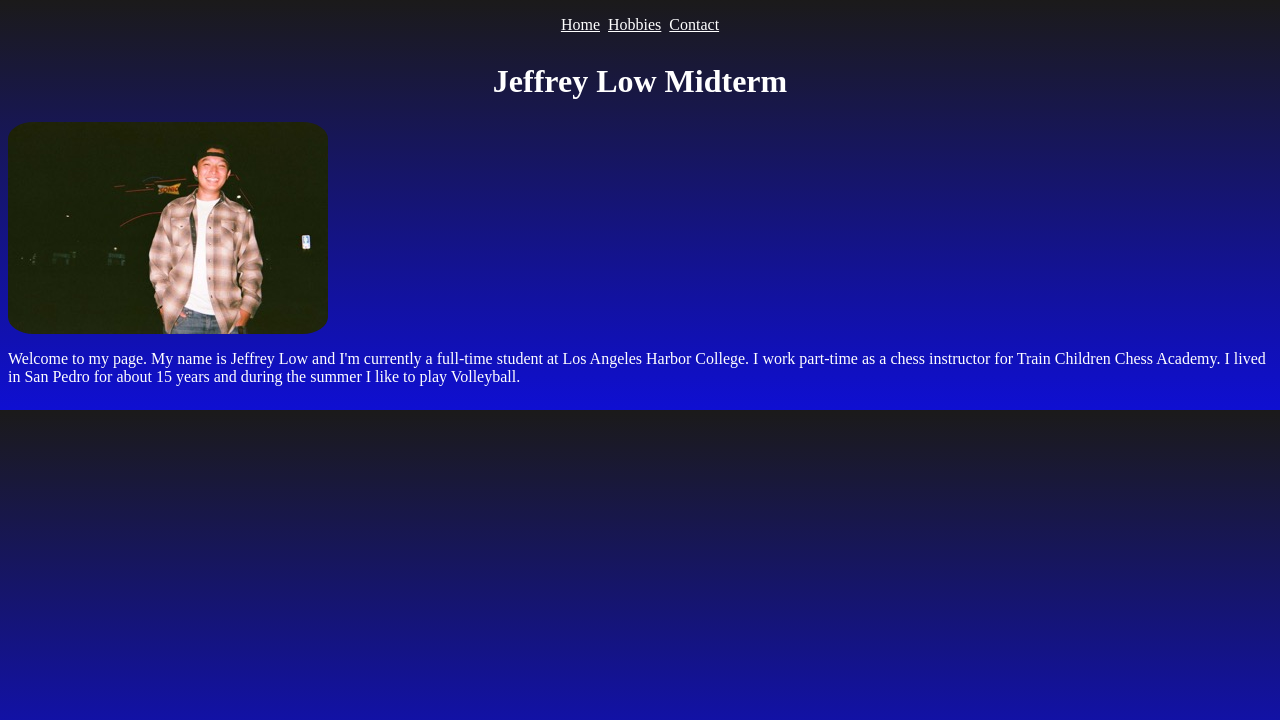
Repository: sebas6292/Jeff-Midterm
Page: home.html
An editor plug-in stored every save of this project. The page is shown before and after the next save, followed by the edit.
The browser window is 1280 px wide. The pictures show the whole page.

Above is the page before, as saved 2023-04-30 23:42:32.

### home.html
<!DOCTYPE html>
<html lang="en">
  <head>
    <title>Home</title>
    <meta charset="UTF-8" />
    <meta name="viewport" content="width=device-width" />
    <link rel="stylesheet" href="styles.css" />
  </head>
  <body>
    <nav>
      <a href="/home.html">Home</a>
      <a href="/hobby.html">Hobbies</a>
      <a href="/contact.html">Contact</a>
    </nav>
    <main>
      <h1>Jeffrey Low Midterm</h1>
      <!-- <section class="home-summary">
        <div>
        <img src="pics/Swag.jpeg">
        <h2>Welcome to my page. My name is Jeffrey Low and I'm currently a full-time student at Los Angeles Harbor College. I work part-time as a chess instructor for Train Children Chess Academy. I lived in San Pedro for about 15 years and during the summer I like to play Volleyball. </h2>
    </div>
      </section> -->

      <section class="contact-info" >
        <div>
            <img src="pics/Swag.jpeg"/>
            <p>Welcome to my page. My name is Jeffrey Low and I'm currently a full-time student at Los Angeles Harbor College. I work part-time as a chess instructor for Train Children Chess Academy. I lived in San Pedro for about 15 years and during the summer I like to play Volleyball. </p>
        </div>
      </section>
    </main>
  </body>
</html>

### styles.css
body {
  background: linear-gradient(rgb(27, 26, 26), rgb(15, 15, 210));
}

nav {
  display: flex;
  flex-wrap: wrap;
  align-items: center;
  justify-content: center;
  padding: 0.5rem;
  gap: 0.5rem;
}
nav, a, h1, p{
  color: white
}

.title {
  display: flex;
  justify-content: center;
}

/* .home-summary {
  display: flex;
  justify-content: center;
} */

/* hobbies */
.container {
  display: flex;
  flex-wrap: wrap;
  justify-content: center ;
}
.box-container {
  padding: 1rem;
}
.img-hobbies {
  border-radius: 10%;
}

h1, .contact-info, img {
  display: flex;
  justify-content: center;
  border-radius: 8%;
}

After the next save:
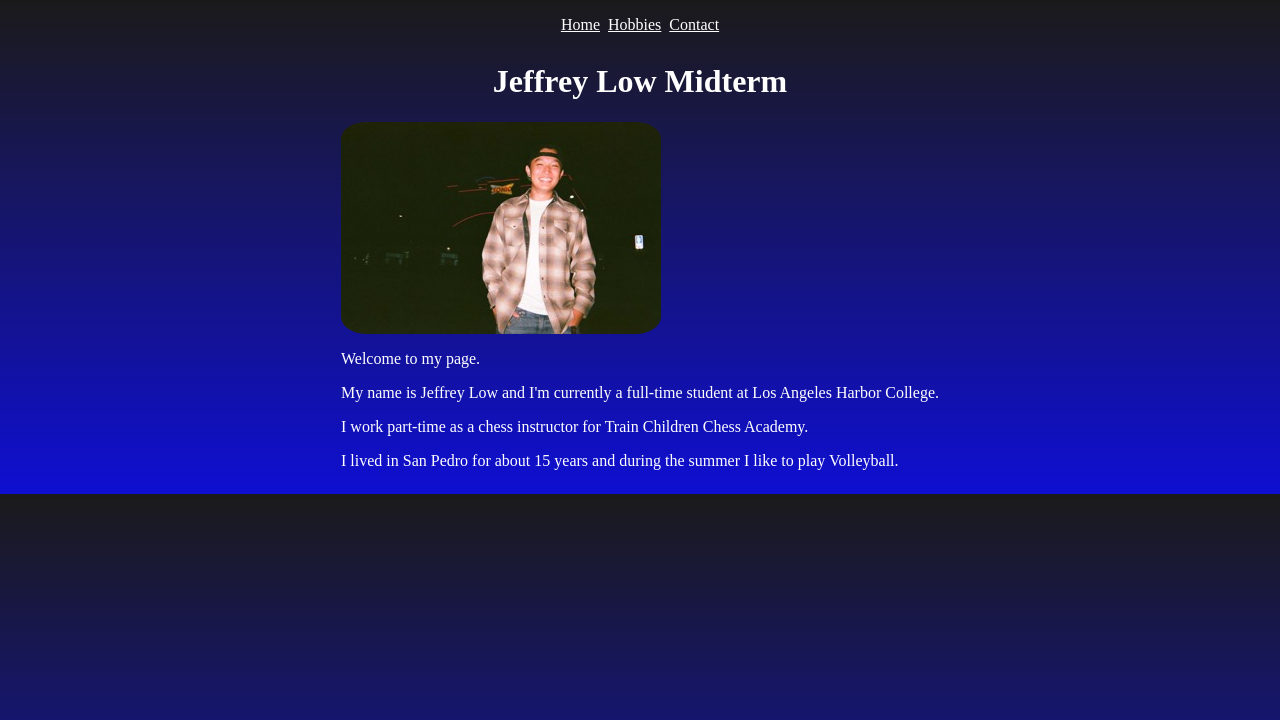
Saved 74 s later.
--- a/home.html
+++ b/home.html
@@ -24,7 +24,11 @@
       <section class="contact-info" >
         <div>
             <img src="pics/Swag.jpeg"/>
-            <p>Welcome to my page. My name is Jeffrey Low and I'm currently a full-time student at Los Angeles Harbor College. I work part-time as a chess instructor for Train Children Chess Academy. I lived in San Pedro for about 15 years and during the summer I like to play Volleyball. </p>
+            <p>Welcome to my page.</p>
+            <p> My name is Jeffrey Low and I'm currently a full-time student at Los Angeles Harbor College. </p>
+            <p> I work part-time as a chess instructor for Train Children Chess Academy.</p>
+              <p>I lived in San Pedro for about 15 years and during the summer I like to play Volleyball.
+            </p>
         </div>
       </section>
     </main>
